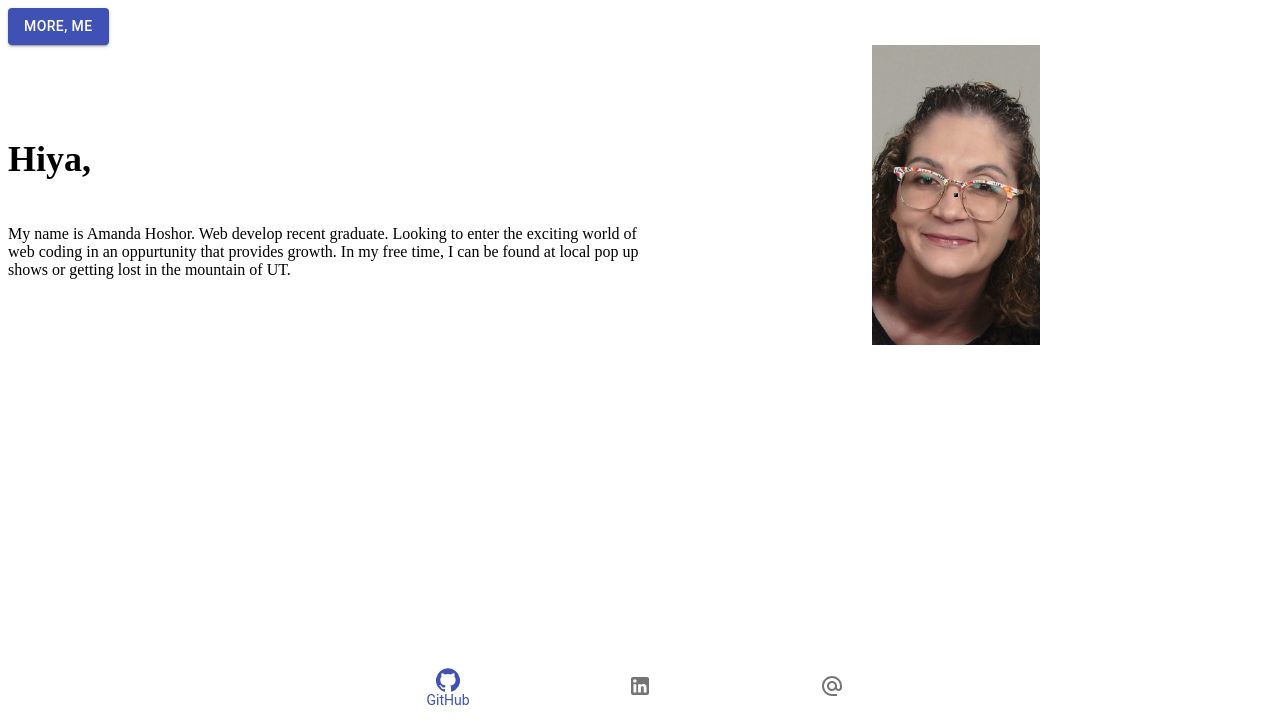
Repository: mandahos/hoshor
Page: /
These files come from the project's save history. The page is drawn as it stood at one moment and after the next save; the edit follows.
The browser window is 1280 px wide. The pictures show the whole page.
The project was rebuilt for these pictures with package versions that can differ from the ones it lists, and the page was loaded fresh each time. Also part of the build but not shown: src/components/Portfolio/index.js, src/components/Resume/index.js.

Above is the page before, as saved 2021-08-14 21:27:15.

After the next save:
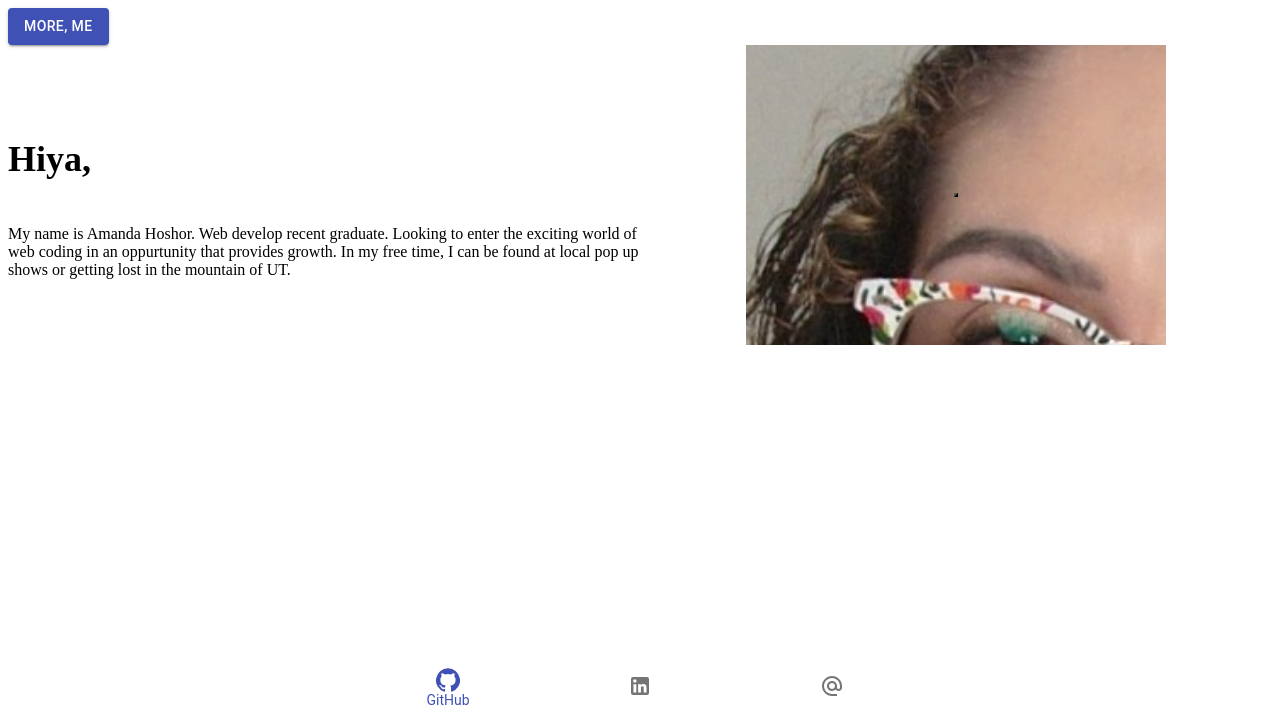
Saved 19 s later.
--- a/src/components/Me/index.js
+++ b/src/components/Me/index.js
@@ -89,8 +89,8 @@ export default function CallToActionWithVideo() {
               alt={'Me'}
               fit={'cover'}
               align={'center'}
-              w={'100%'}
-              h={'100%'}
+              w={'200%'}
+              h={'250%'}
               src={
                 picture
               }
